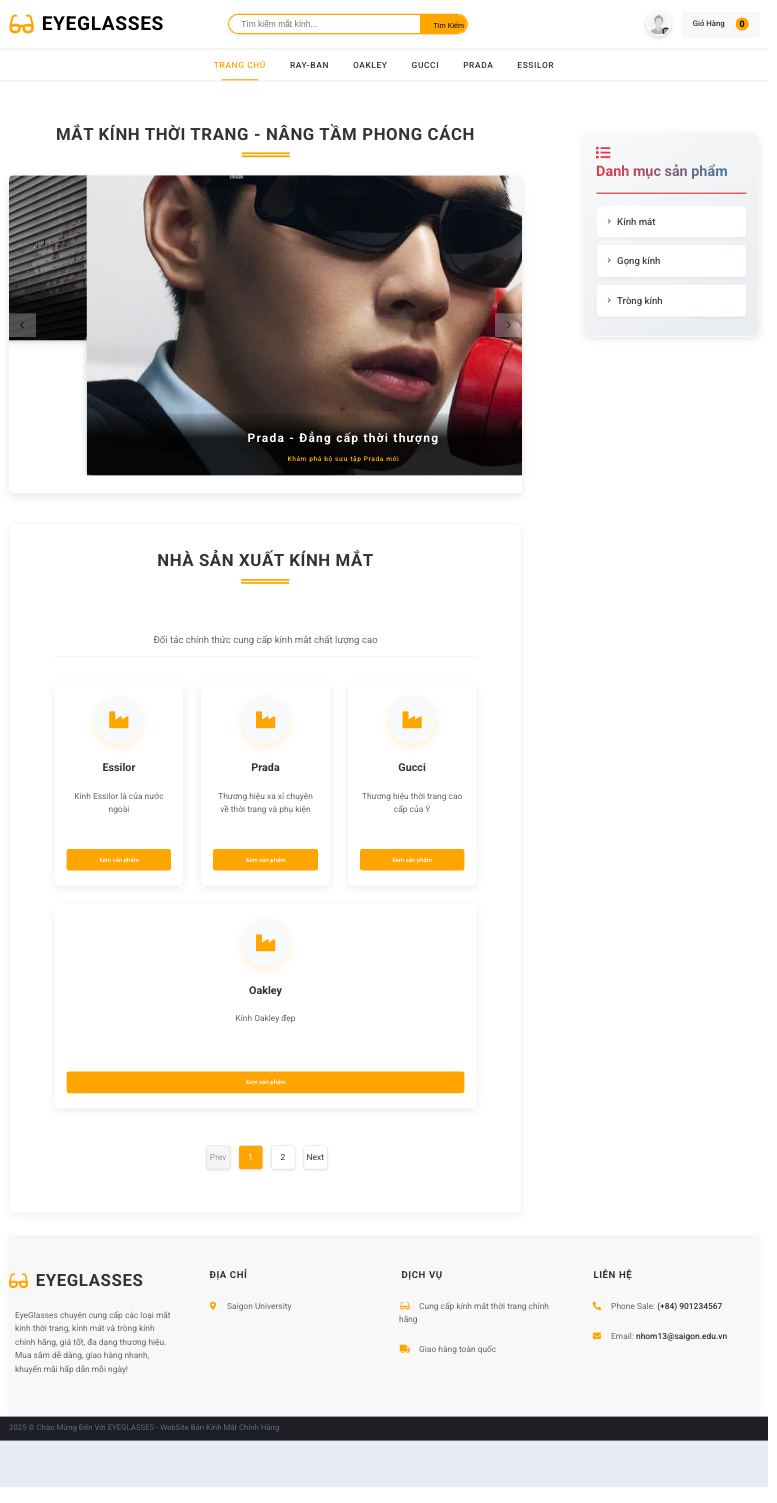
Repository: Giau-svg/glasses-store
Page: http://localhost/index.php?page=2
These files come from the project's save history. The page is drawn as it stood at one moment and after the next save; the edit follows.
The browser window is 1280 px wide. The page is 1295 px wide, so the pictures cover 1295 px, including what lies to the right of the window. The pictures show the whole page, at 60% of full size.
Some web libraries are served in a nearby version. The page is run by PHP 8.4 with error messages shown; the project is at /var/www/html/. The database holds what the project's SQL file puts in it.

Above is the page before, as saved 2025-05-08 12:42:54.
Console error: ReferenceError: $ is not defined

After the next save:
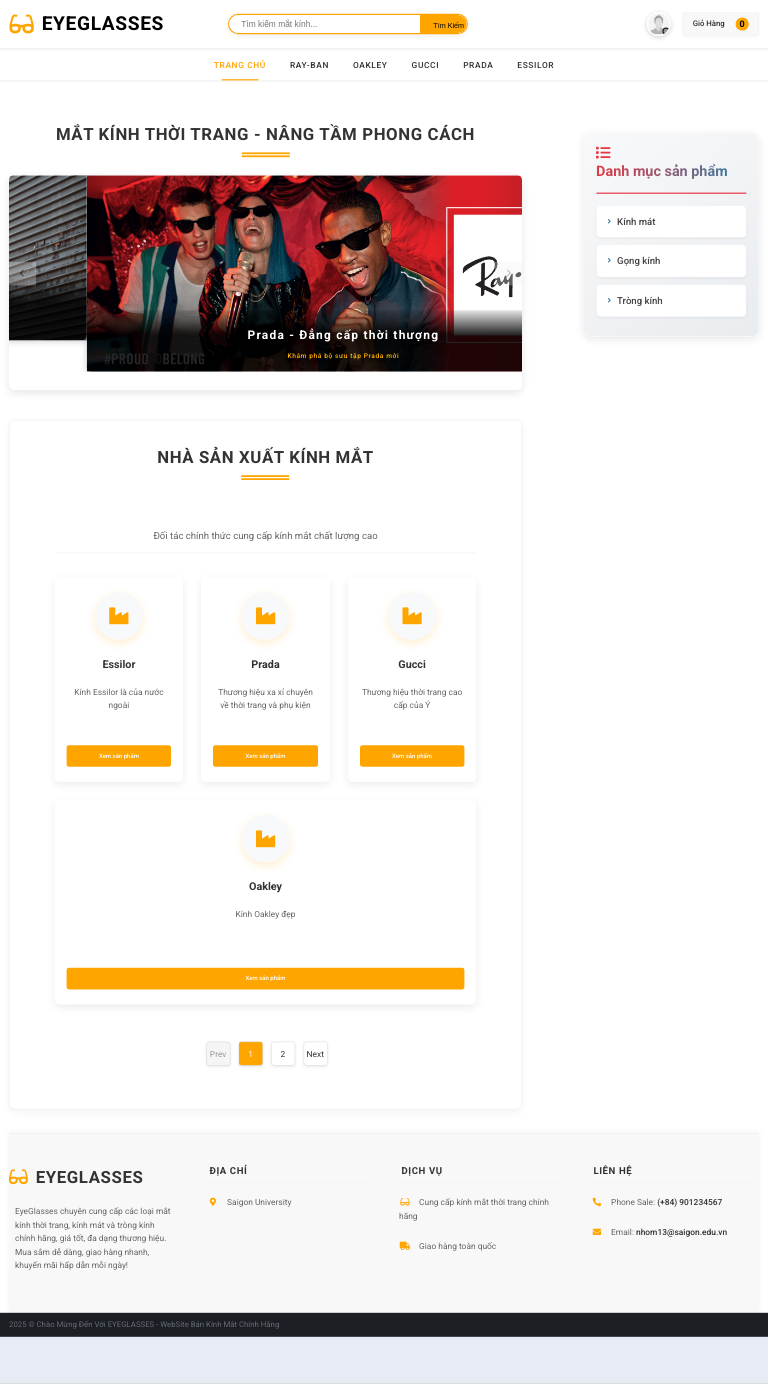
Saved 2 min 1 s later.
--- a/partials/slider.php
+++ b/partials/slider.php
@@ -23,7 +23,7 @@
         </div>
         <div class="brands-img__wrap">
             <a href="view_brand.php?id=3" class="brands__img">
-                <img src="public/img/z6579214764760_45c0c06b50e912ed106b51b2bfa94bfa.jpg" alt="Prada Slide 1">
+                <img src="public/img/Matkinh-Rayban.jpg" alt="Prada Slide 1">
                 <div class="slider-caption">
                     <h3>Prada - Đẳng cấp thời thượng</h3>
                     <p>Khám phá bộ sưu tập Prada mới</p>
